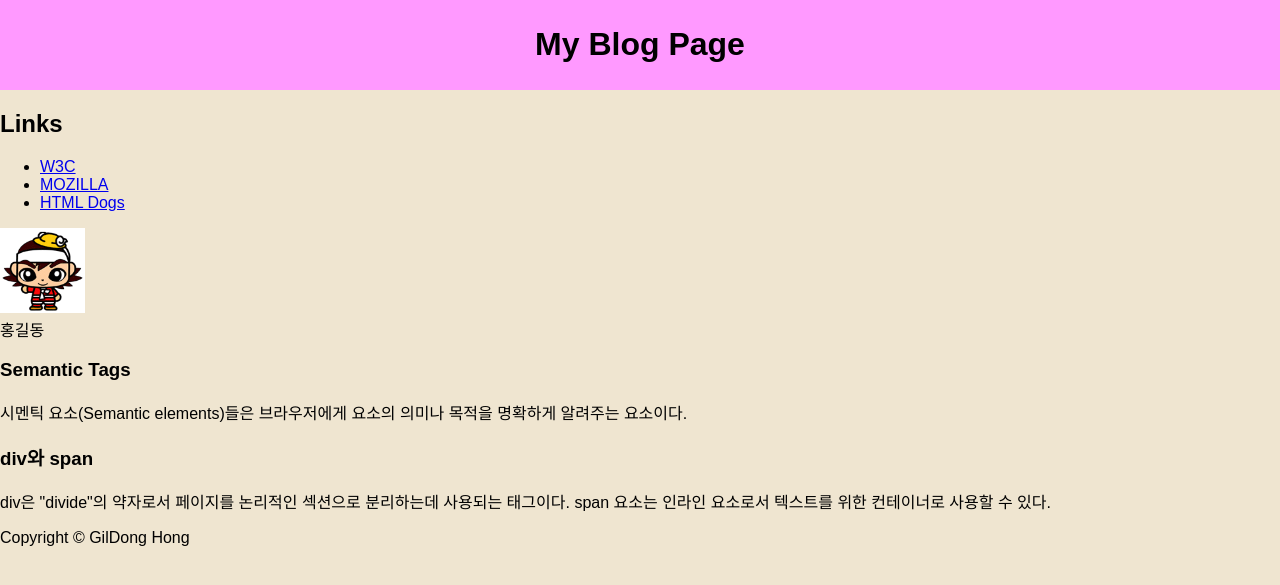
Repository: hyeon-jin-park/study
Page: work/internet_programing/T04/public/03_layout.html
These files come from the project's save history. The page is drawn as it stood at one moment and after the next save; the edit follows.
The browser window is 1280 px wide. The pictures show the whole page.

Above is the page before, as saved 2025-03-25 09:32:44.

### work/internet_programing/T04/public/03_layout.html
<!DOCTYPE html>
<html>
<head>
<meta charset="UTF-8">
<title>레이아웃 배치와 메뉴 모양, 링크 모양 선언하기</title>
<style>
/*
화면에 제시된 모양과 같이, 다음의 html5 코드가 출력되도록 스타일을 정의하시오.
1. <header>태그 영역은 화면 상단에 출력하고, 배경색을 분홍색, 글자는 가운데 정렬하시오.
2. <nav> 태그 영역은 화면 왼쪽에 출력하고, <ul> 태그의 각 메뉴를 제시된 화면과 같이 출력하시오.
3. <ul>태그 내의 <a> 태그에 대하여 링크 밑줄을 제거하고, 글자색을 흰색으로 선언하시오.
     또한, 마무스를 올리면, 배경색이 변경되도록 선언하시오.
   (배경색상은 www.w3schools.com 사이트의 color picker를 이용합니다.)
4. <section> 태그 영역은 오른쪽에 출력하고, 배경색을 노란색으로 선언하시오.
5. <footer> 태그 영역은 화면 아래쪽에 출력하고, 배경색은 보라색, 글자색은 흰색으로 하고, 가운데 정렬하시오.
*/
body {
    background-color: #efe5d0;
    font-family: Arial, "Trebuchet MS", sans-serif;
    margin: 0px;
}

header{
	background-color:#ff99ff;
	color:black;
	text-align:center;
	margin:0px;
	padding: 5px;

}






</style>
</head>
<body>
<header>
    <h1>My Blog Page</h1>
</header>
<nav>
    <h1>Links</h1>
    <ul class="menu">
        <li><a  href="http://www.w3c.org/">W3C</a></li>
        <li><a href="http://developer.mozilla.org/">MOZILLA</a></li>
        <li><a href="http://htmldog.com/guides/">HTML Dogs</a></li>
    </ul>
    <div>
        <img width="85" height="85"  src="images/gildong.png"  alt="홍길동" />
        <div>홍길동</div>
    </div>
</nav>
<section id="main">
    <article>
        <h1>Semantic Tags</h1>
        <p>
            시멘틱 요소(Semantic elements)들은 브라우저에게 요소의 의미나 목적을 명확하게 알려주는 요소이다.
        </p>
    </article>
    <article>
        <h1>div와 span</h1>
        <p>
            div은 "divide"의 약자로서 페이지를 논리적인 섹션으로 분리하는데 사용되는 태그이다.
            span 요소는 인라인 요소로서 텍스트를 위한 컨테이너로 사용할 수 있다.
        </p>
    </article>
</section>
<footer>Copyright &copy; GilDong Hong</footer>
</body>
</html>

After the next save:
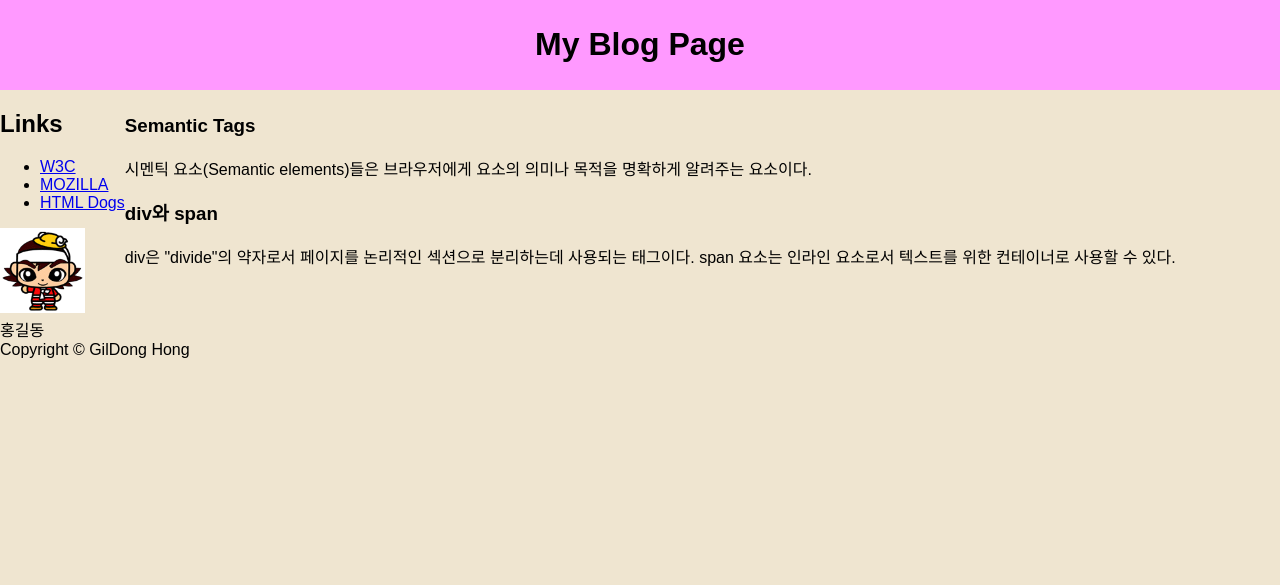
Saved 2 min 26 s later.
--- a/work/internet_programing/T04/public/03_layout.html
+++ b/work/internet_programing/T04/public/03_layout.html
@@ -29,6 +29,15 @@ header{
 
 }
 
+#main{
+	display:table-cell;
+
+}
+
+nav{
+	display:table-cell;
+
+}
 
 
 
